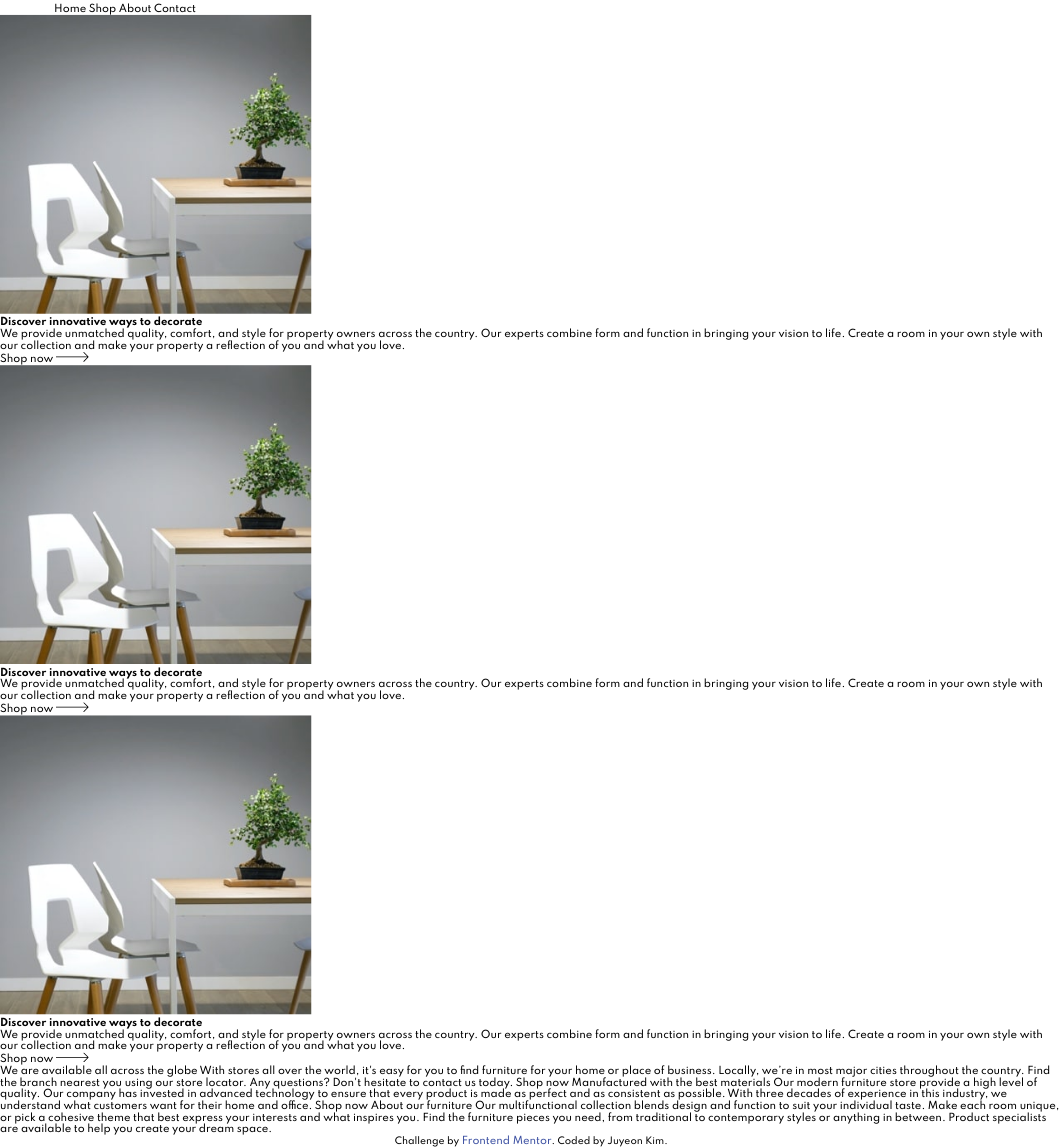
Repository: Jay-JYKim91/room-homepage-master
Page: index.html
An editor plug-in stored every save of this project. The page is shown before and after the next save, followed by the edit.
The browser window is 1280 px wide. The pictures show the whole page, at 83% of full size.

Above is the page before, as saved 2021-07-11 21:47:23.

### index.html
<!DOCTYPE html>
<html lang="en">
<head>
  <meta charset="UTF-8">
  <meta name="viewport" content="width=device-width, initial-scale=1.0"> <!-- displays site properly based on user's device -->
  <link rel="preconnect" href="https://fonts.googleapis.com">
  <link rel="preconnect" href="https://fonts.gstatic.com" crossorigin>
  <link href="https://fonts.googleapis.com/css2?family=Spartan:wght@500;600;700&display=swap" rel="stylesheet">
  <link rel="icon" type="image/png" sizes="32x32" href="./images/favicon-32x32.png">
  <link rel="stylesheet" href="style.css">
  <title>Room homepage</title>

</head>
<body>
  <header>
    <img src="./images/logo.svg" alt="logo">
    Home
    Shop
    About
    Contact
  </header>
  <body>
    <div class="slide">
      <div class="slide-img">
        <img src="./images/mobile-image-hero-1.jpg" alt="hero-1">
      </div>
      <div class="slide-text">
        <h1>Discover innovative ways to decorate</h1>
        <p>
          We provide unmatched quality, comfort, and style for property owners across the country.
          Our experts combine form and function in bringing your vision to life. Create a room in your
          own style with our collection and make your property a reflection of you and what you love.
        </p>
        <a href="#">
          Shop now
          <img src="./images/icon-arrow.svg" alt="arrow">
        </a>
      </div>
    </div>
    <div class="slide">
      <div class="slide-img">
        <img src="./images/mobile-image-hero-1.jpg" alt="hero-1">
      </div>
      <div class="slide-text">
        <h1>Discover innovative ways to decorate</h1>
        <p>
          We provide unmatched quality, comfort, and style for property owners across the country.
          Our experts combine form and function in bringing your vision to life. Create a room in your
          own style with our collection and make your property a reflection of you and what you love.
        </p>
        <a href="#">
          Shop now
          <img src="./images/icon-arrow.svg" alt="arrow">
        </a>
      </div>
    </div>
    <div class="slide">
      <div class="slide-img">
        <img src="./images/mobile-image-hero-1.jpg" alt="hero-1">
      </div>
      <div class="slide-text">
        <h1>Discover innovative ways to decorate</h1>
        <p>
          We provide unmatched quality, comfort, and style for property owners across the country.
          Our experts combine form and function in bringing your vision to life. Create a room in your
          own style with our collection and make your property a reflection of you and what you love.
        </p>
        <a href="#">
          Shop now
          <img src="./images/icon-arrow.svg" alt="arrow">
        </a>
      </div>
    </div>

  </body>





  We are available all across the globe

  With stores all over the world, it's easy for you to find furniture for your home or place of business.
  Locally, we’re in most major cities throughout the country. Find the branch nearest you using our
  store locator. Any questions? Don't hesitate to contact us today.

  Shop now

  Manufactured with the best materials

  Our modern furniture store provide a high level of quality. Our company has invested in advanced technology
  to ensure that every product is made as perfect and as consistent as possible. With three decades of
  experience in this industry, we understand what customers want for their home and office.

  Shop now

  About our furniture

  Our multifunctional collection blends design and function to suit your individual taste.
  Make each room unique, or pick a cohesive theme that best express your interests and what
  inspires you. Find the furniture pieces you need, from traditional to contemporary styles
  or anything in between. Product specialists are available to help you create your dream space.

  <div class="attribution">
    Challenge by <a href="https://www.frontendmentor.io?ref=challenge" target="_blank">Frontend Mentor</a>.
    Coded by Juyeon Kim.
  </div>
</body>
</html>

### style.css
:root {
  --body-font: "Spartan", sans-serif;

  --dark-gray: hsl(0, 0%, 63%);
  --black: hsl(0, 0%, 0%);
  --white: hsl(0, 0%, 100%);
  --very-dark-gray: hsl(0, 0%, 27%);
}

* {
  margin: 0;
  padding: 0;
  font-family: var(--body-font);
  font-size: 12px;
}

a {
  text-decoration: none;
  color: black;
}
.attribution {
  font-size: 11px;
  text-align: center;
}
.attribution a {
  color: hsl(228, 45%, 44%);
}

@media screen and (max-width: 800px) {
}

After the next save:
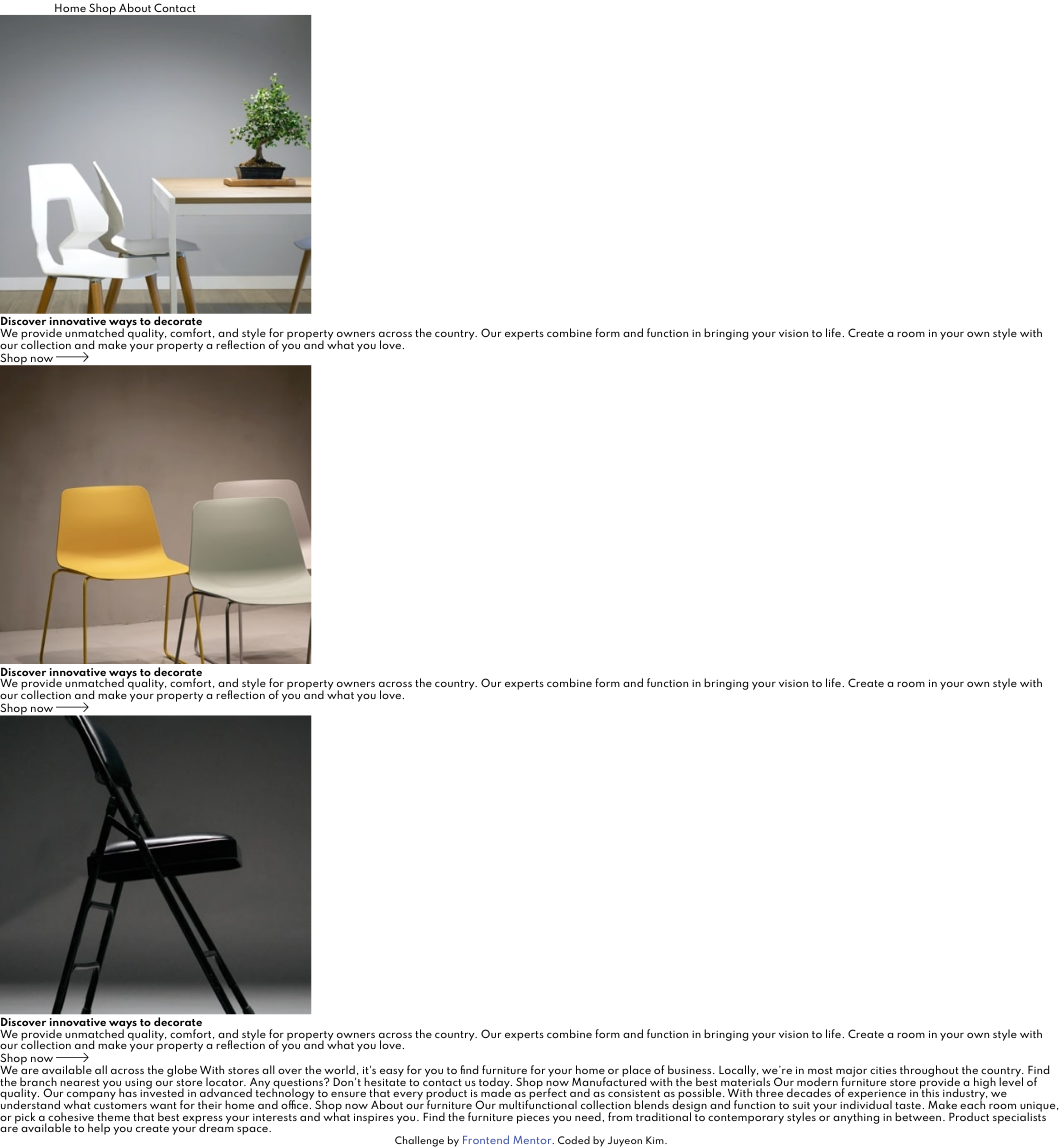
Saved 19 s later.
--- a/index.html
+++ b/index.html
@@ -39,7 +39,7 @@
     </div>
     <div class="slide">
       <div class="slide-img">
-        <img src="./images/mobile-image-hero-1.jpg" alt="hero-1">
+        <img src="./images/mobile-image-hero-2.jpg" alt="hero-2">
       </div>
       <div class="slide-text">
         <h1>Discover innovative ways to decorate</h1>
@@ -56,7 +56,7 @@
     </div>
     <div class="slide">
       <div class="slide-img">
-        <img src="./images/mobile-image-hero-1.jpg" alt="hero-1">
+        <img src="./images/mobile-image-hero-3.jpg" alt="hero-3">
       </div>
       <div class="slide-text">
         <h1>Discover innovative ways to decorate</h1>
